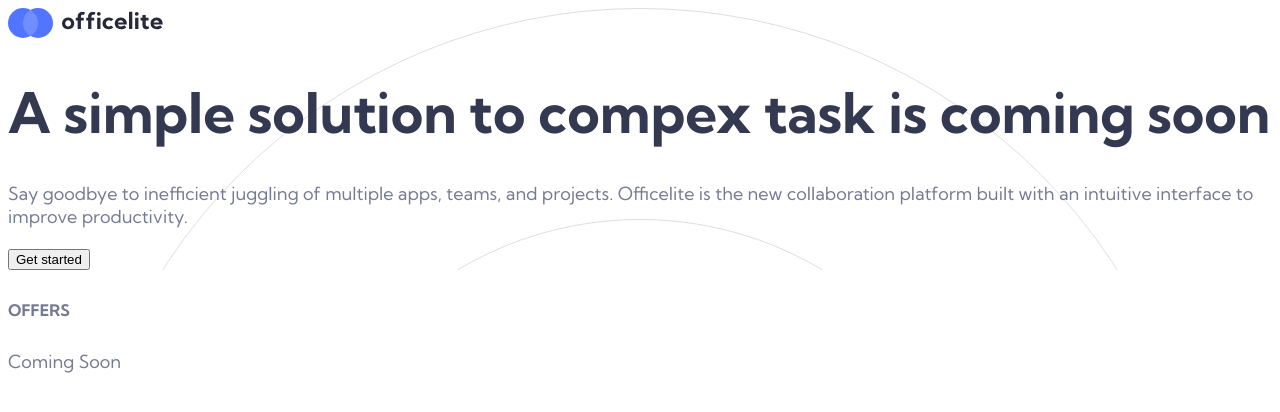
Repository: jodelajo/frontend-css-challenge
Page: index.html
These files come from the project's save history. The page is drawn as it stood at one moment and after the next save; the edit follows.
The browser window is 1280 px wide. The pictures show the whole page.

Above is the page before, as saved 2022-02-28 12:58:57.

After the next save:
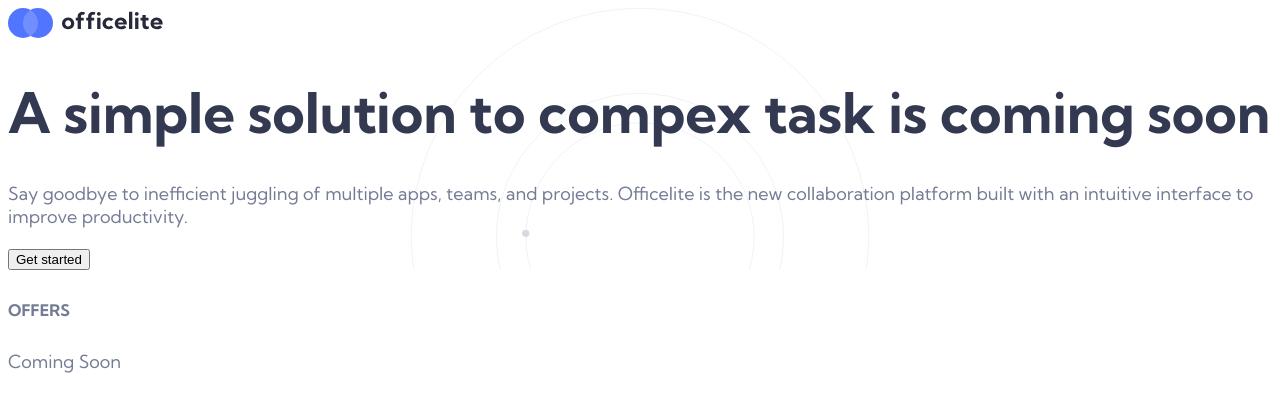
Saved 2 min 8 s later.
--- a/index.css
+++ b/index.css
@@ -34,6 +34,7 @@
   background-image: url("./assets/home/bg-pattern-header.svg");
   background-repeat: no-repeat;
   background-position: center top;
+  background-size: 458px 458px;
 }
 .first-block h1 {
   color: var(--colors-dark);
